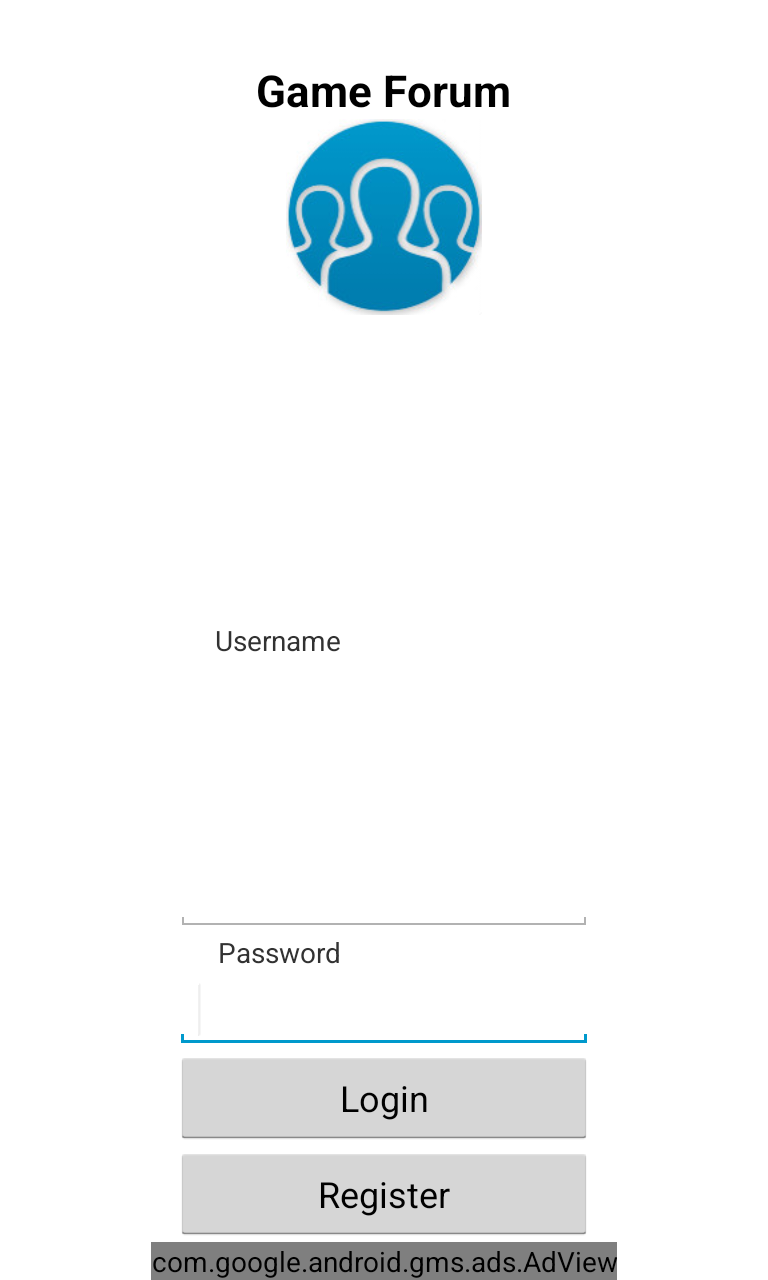
Repository: yuanpeixin/Project
Layout: GameForum/res/layout/login.xml
The author's editor kept a copy of each file at every save. The layout is drawn from the files as they stood at one save, then again after the next save.
Pictures or frames that could not be fetched are drawn as grey boxes. It is drawn on a 768 x 1280 px phone screen (xhdpi) without system bars, with theme AppTheme; the app's code is not run.

Above is the layout before, as saved 2015-10-05 05:04:57.

### GameForum/res/layout/login.xml
<?xml version="1.0" encoding="utf-8"?>
<RelativeLayout xmlns:android="http://schemas.android.com/apk/res/android"
    xmlns:ads="http://schemas.android.com/apk/res-auto"
    xmlns:tools="http://schemas.android.com/tools"
    android:layout_width="match_parent"
    android:layout_height="match_parent" >

    <com.google.android.gms.ads.AdView
        android:id="@+id/adView"
        android:layout_width="wrap_content"
        android:layout_height="wrap_content"
        android:layout_alignParentBottom="true"
        android:layout_centerHorizontal="true"
        android:layout_marginBottom="0dp"
        ads:adSize="BANNER"
        ads:adUnitId="ca-app-pub-3673983865885023/6245257391" >
    </com.google.android.gms.ads.AdView>

    <Button
        android:id="@+id/register"
        android:layout_width="wrap_content"
        android:layout_height="wrap_content"
        android:layout_above="@+id/adView"
        android:layout_alignLeft="@+id/login"
        android:layout_alignRight="@+id/login"
        android:text="Register" />

    <Button
        android:id="@+id/login"
        android:layout_width="wrap_content"
        android:layout_height="wrap_content"
        android:layout_above="@+id/register"
        android:layout_alignLeft="@+id/password"
        android:layout_alignRight="@+id/password"
        android:text="Login" />

    <EditText
        android:id="@+id/password"
        android:layout_width="wrap_content"
        android:layout_height="wrap_content"
        android:layout_above="@+id/login"
        android:layout_centerHorizontal="true"
        android:ems="10"
        android:inputType="textPassword" >

        <requestFocus />
    </EditText>

    <TextView
        android:id="@+id/textView2"
        android:layout_width="wrap_content"
        android:layout_height="wrap_content"
        android:layout_alignParentTop="true"
        android:layout_centerHorizontal="true"
        android:layout_marginTop="30dp"
        android:gravity="center"
        android:text="Game Forum"
        android:textAppearance="?android:attr/textAppearanceLarge"
        android:textStyle="bold" />

    <ImageView
        android:id="@+id/imageView1"
        android:layout_width="wrap_content"
        android:layout_height="wrap_content"
        android:layout_below="@+id/textView2"
        android:layout_centerHorizontal="true"
        android:src="@drawable/forum_icon" />

    <TextView
        android:id="@+id/TextView01"
        android:layout_width="wrap_content"
        android:layout_height="wrap_content"
        android:layout_above="@+id/password"
        android:layout_alignLeft="@+id/password"
        android:layout_marginLeft="22dp"
        android:text="Password" />

    <EditText
        android:id="@+id/username"
        android:layout_width="wrap_content"
        android:layout_height="wrap_content"
        android:layout_above="@+id/TextView01"
        android:layout_centerHorizontal="true"
        android:ems="10" />

    <TextView
        android:id="@+id/textView1"
        android:layout_width="wrap_content"
        android:layout_height="wrap_content"
        android:layout_alignRight="@+id/TextView01"
        android:layout_centerVertical="true"
        android:text="Username" />

</RelativeLayout>

### GameForum/res/values/styles.xml
<resources>

    <!--
        Base application theme, dependent on API level. This theme is replaced
        by AppBaseTheme from res/values-vXX/styles.xml on newer devices.
    -->
    <style name="AppBaseTheme" parent="android:Theme.Light">
        <!--
            Theme customizations available in newer API levels can go in
            res/values-vXX/styles.xml, while customizations related to
            backward-compatibility can go here.
        -->
    </style>

    <!-- Application theme. -->
    <style name="AppTheme" parent="AppBaseTheme">
        <!-- All customizations that are NOT specific to a particular API-level can go here. -->
    </style>



    <style name="WhiteText">
        <item name="android:layout_width">fill_parent</item>
        <item name="android:layout_height">wrap_content</item>
        <item name="android:textColor">#ffffff</item>
        <item name="android:gravity">center</item>
        <item name="android:layout_margin">1dp</item>
        <item name="android:textSize">18sp</item>
        <item name="android:textStyle">bold</item>
        <item name="android:shadowColor">#000000</item>
        <item name="android:shadowDx">1</item>
        <item name="android:shadowDy">1</item>
        <item name="android:shadowRadius">2</item>
    </style>

      <style name="BlackText">
        <item name="android:layout_width">fill_parent</item>
        <item name="android:layout_height">wrap_content</item>
        <item name="android:textColor">#000000</item>
        <item name="android:gravity">center</item>
        <item name="android:layout_margin">5dp</item>
        <item name="android:textSize">25sp</item>
        <item name="android:textStyle">bold</item>
        <item name="android:shadowColor">#ffffff</item>
        <item name="android:shadowDx">1</item>
        <item name="android:shadowDy">1</item>
        <item name="android:shadowRadius">2</item>
    </style>

</resources>

Loaded but not shown: GameForum/res/values-v11/styles.xml (common file); GameForum/res/values-v14/styles.xml (common file)

After the next save:
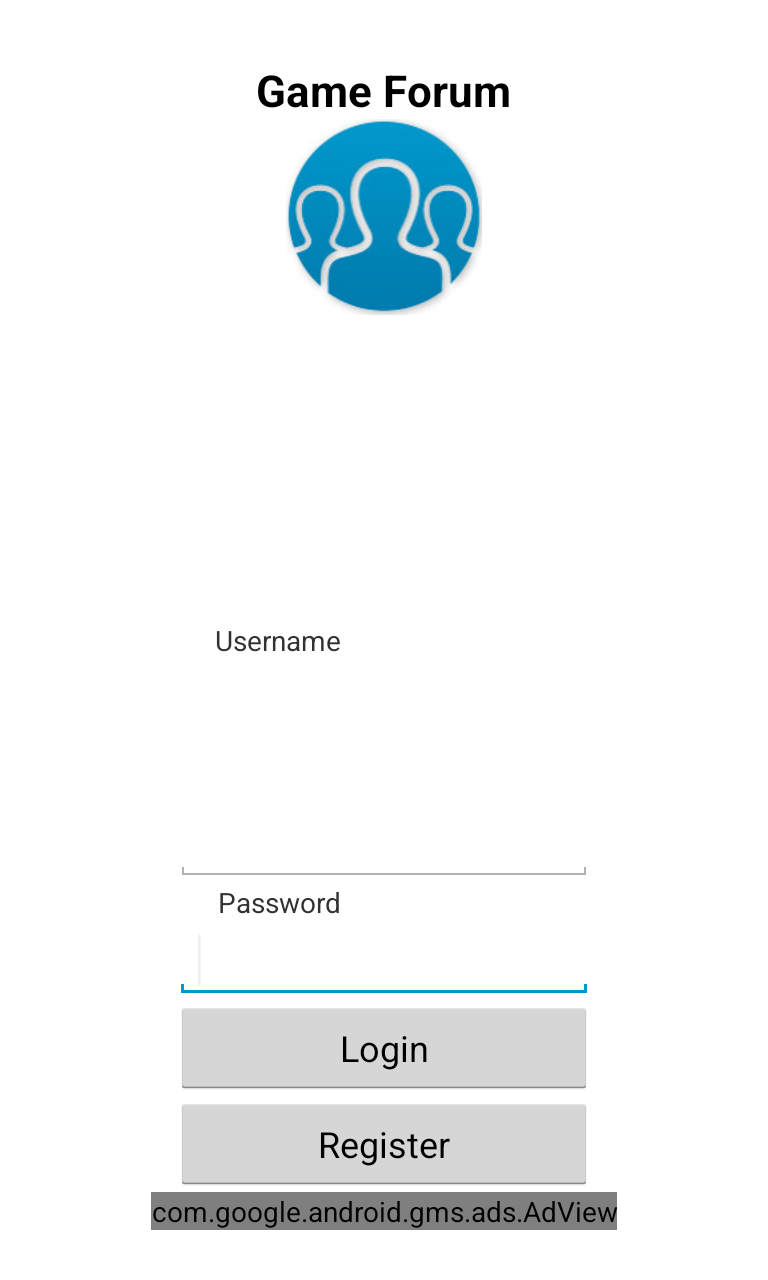
Saved 49 s later.
--- a/GameForum/res/layout/login.xml
+++ b/GameForum/res/layout/login.xml
@@ -11,7 +11,7 @@
         android:layout_height="wrap_content"
         android:layout_alignParentBottom="true"
         android:layout_centerHorizontal="true"
-        android:layout_marginBottom="0dp"
+        android:layout_marginBottom="25dp"
         ads:adSize="BANNER"
         ads:adUnitId="ca-app-pub-3673983865885023/6245257391" >
     </com.google.android.gms.ads.AdView>
